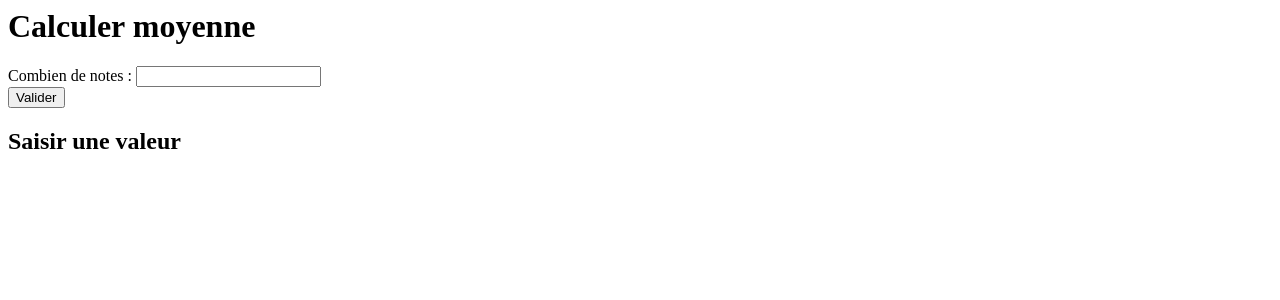
Repository: Michelhof1978/php
Page: http://localhost/calculMoyenne.php
The author's editor kept a copy of each file at every save. The page is drawn from the files as they stood at one save, then again after the next save.
The browser window is 1280 px wide. The pictures show the whole page.
The page is run by PHP 8.4 with error messages shown; the project is at /var/www/html/.

Above is the page before, as saved 2022-07-29 14:07:16.

### calculMoyenne.php
<h1>Calculer moyenne</h1>

<form action="#" method="POST">
    <label for="nb">Combien de notes : </label>
    <input type="number" name="nb" id="nb"><br/>
    <input type="submit" value="Valider">
</form>

<?php
if(isset($_POST['nb']) && $_POST['nb'] >0){
    $nbNotes = $_POST['nb'];
    for($i = 1; $i <= $nbNotes ; $i++){
        echo"<label for=\"note" . $i ."\" > Note . $i  .  :</label>" ;//Pour générer un input, si on tape 5, 5 inputs s'afficheront//Bien mettre \ quand  guillemet à l'intérieur car risque conflits// Note . $i = pour chiffrer de 1 à nb saisi les inputs en partant de 1($i)
        echo "<input type=\"number\" name=\"note" . $i . "\" id=\"note" . $i . "\" required><br/>";//Suite code pour générer input
     }
    }else {
        echo"<h2>Saisir une valeur</h2>";
    }

?>

After the next save:
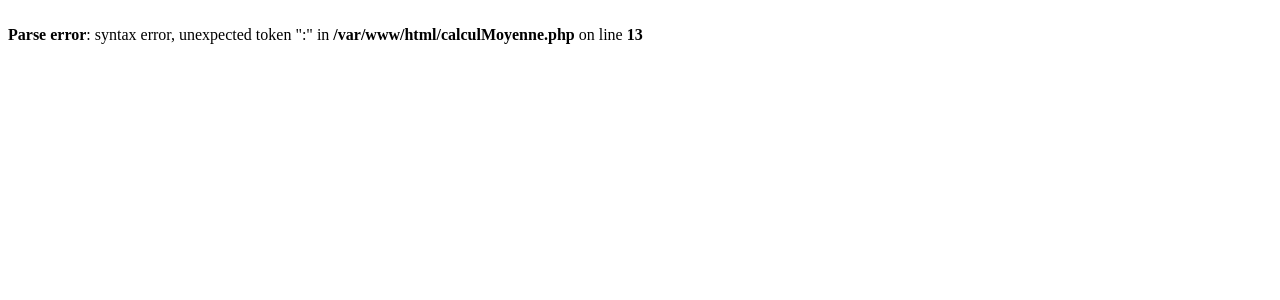
Saved 30 s later.
--- a/calculMoyenne.php
+++ b/calculMoyenne.php
@@ -10,7 +10,7 @@
 if(isset($_POST['nb']) && $_POST['nb'] >0){
     $nbNotes = $_POST['nb'];
     for($i = 1; $i <= $nbNotes ; $i++){
-        echo"<label for=\"note" . $i ."\" > Note . $i  .  :</label>" ;//Pour générer un input, si on tape 5, 5 inputs s'afficheront//Bien mettre \ quand  guillemet à l'intérieur car risque conflits// Note . $i = pour chiffrer de 1 à nb saisi les inputs en partant de 1($i)
+        echo"<label for=\"note" . $i ."\" > Note" . $i  .  :</label>" ;//Pour générer un input, si on tape 5, 5 inputs s'afficheront//Bien mettre \ quand  guillemet à l'intérieur car risque conflits// Note . $i = pour chiffrer de 1 à nb saisi les inputs en partant de 1($i)
         echo "<input type=\"number\" name=\"note" . $i . "\" id=\"note" . $i . "\" required><br/>";//Suite code pour générer input
      }
     }else {

After the save that followed:
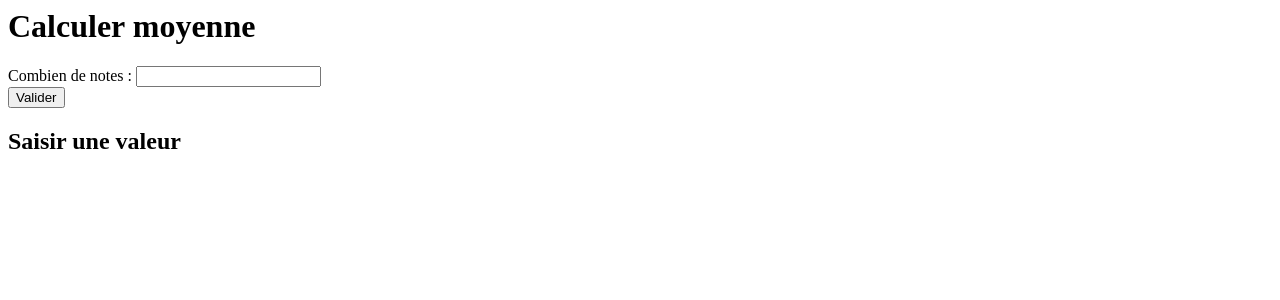
Saved 6 s later.
--- a/calculMoyenne.php
+++ b/calculMoyenne.php
@@ -10,7 +10,7 @@
 if(isset($_POST['nb']) && $_POST['nb'] >0){
     $nbNotes = $_POST['nb'];
     for($i = 1; $i <= $nbNotes ; $i++){
-        echo"<label for=\"note" . $i ."\" > Note" . $i  .  :</label>" ;//Pour générer un input, si on tape 5, 5 inputs s'afficheront//Bien mettre \ quand  guillemet à l'intérieur car risque conflits// Note . $i = pour chiffrer de 1 à nb saisi les inputs en partant de 1($i)
+        echo"<label for=\"note" . $i ."\" > Note" . $i  ."  :</label>" ;//Pour générer un input, si on tape 5, 5 inputs s'afficheront//Bien mettre \ quand  guillemet à l'intérieur car risque conflits// Note . $i = pour chiffrer de 1 à nb saisi les inputs en partant de 1($i)
         echo "<input type=\"number\" name=\"note" . $i . "\" id=\"note" . $i . "\" required><br/>";//Suite code pour générer input
      }
     }else {
